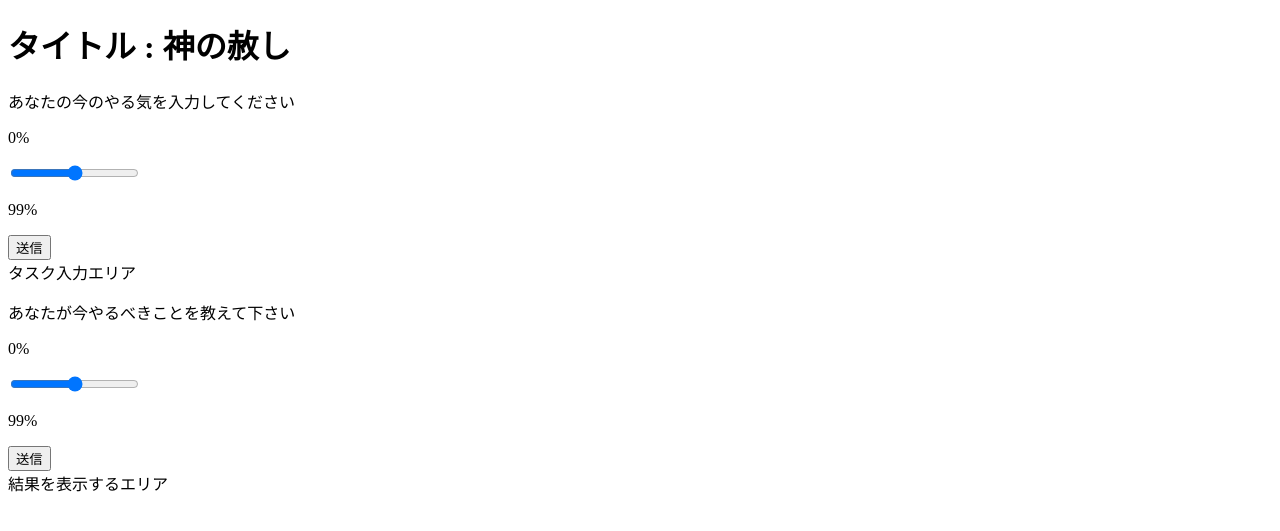
Repository: masa0306/god_forgiveness
Page: index.html
The author's editor kept a copy of each file at every save. The page is drawn from the files as they stood at one save, then again after a run of saves.
The browser window is 1280 px wide. The pictures show the whole page.

Above is the page before, as saved 2024-05-14 23:08:49.

After the next 2 saves:
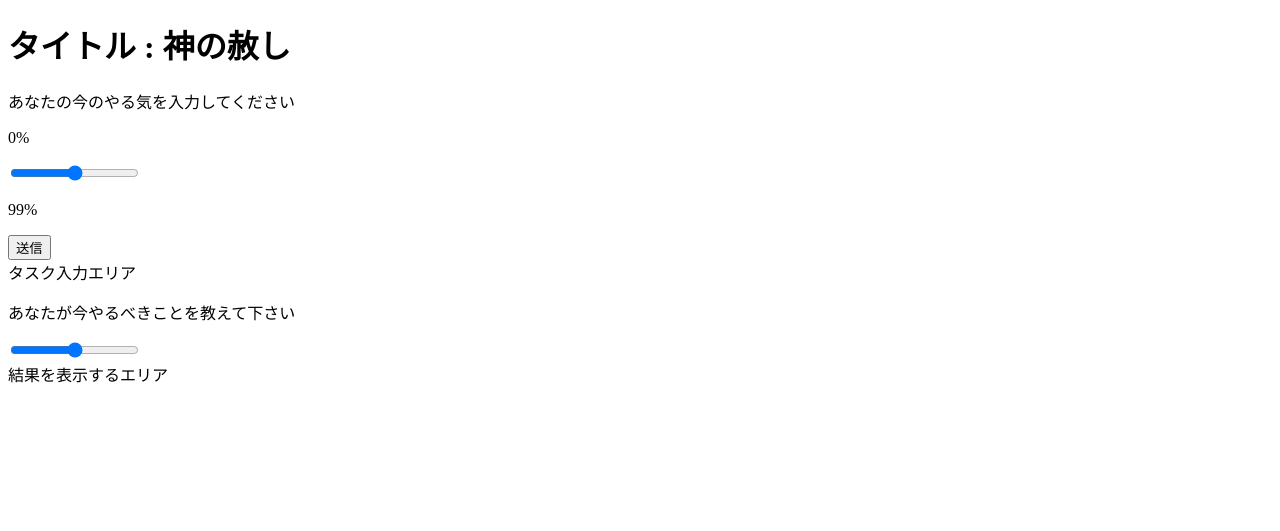
The 2 saves are shown as one change because they came seconds apart.
The last was saved 15 s later.
--- a/index.html
+++ b/index.html
@@ -20,10 +20,7 @@
 
     <div>タスク入力エリア</div>
         <p>あなたが今やるべきことを教えて下さい</p>
-        <p>0%</p>
         <input type="range" name="motivation" min="0" max="99" id="motivationValue">
-        <p>99%</p>
-        <button id="sendMotivation">送信</button>
 
     <div>結果を表示するエリア</div>
     <script src="https://ajax.googleapis.com/ajax/libs/jquery/3.7.0/jquery.min.js"></script>
